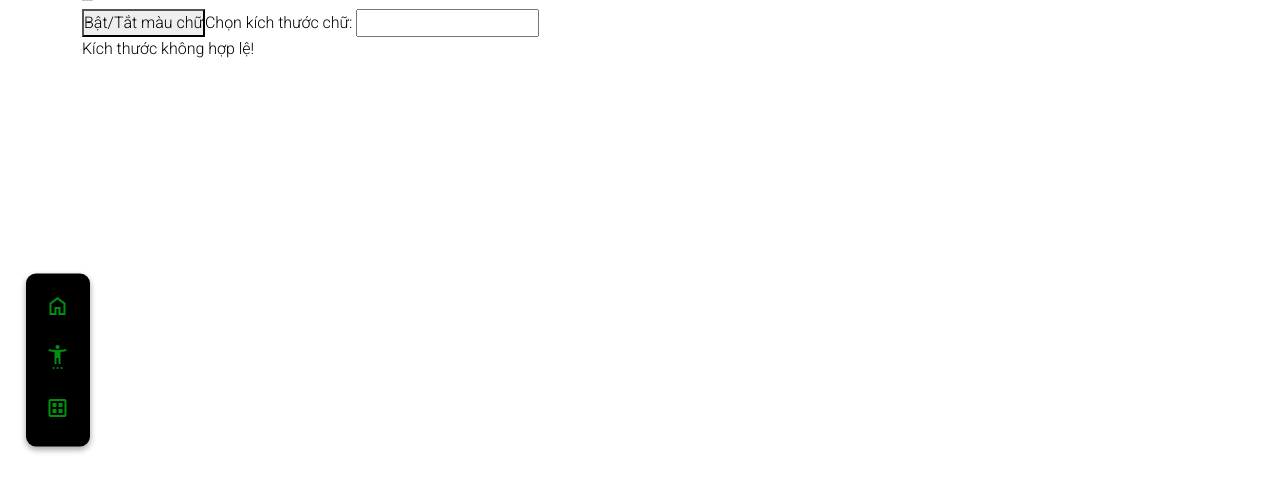
Repository: tuankiet10920/homeworkFEF
Page: /about
The author's editor kept a copy of each file at every save. The page is drawn from the files as they stood at one save, then again after the next save.
The browser window is 1280 px wide. The pictures show the whole page.
The project was rebuilt for these pictures with package versions that can differ from the ones it lists, and the page was loaded fresh each time. Also part of the build but not shown: vite.config.js, src/components/HelloWorld.vue, src/views/HomeView.vue.

Above is the page before, as saved 2024-10-23 00:00:56.

### index.html
<!doctype html>
<html lang="en">
  <head>
    <meta charset="UTF-8" />
    <link rel="icon" href="/favicon.ico" />
    <meta name="viewport" content="width=device-width, initial-scale=1.0" />
    <link
      href="https://cdn.jsdelivr.net/npm/bootstrap@5.3.3/dist/css/bootstrap.min.css"
      rel="stylesheet"
      integrity="sha384-QWTKZyjpPEjISv5WaRU9OFeRpok6YctnYmDr5pNlyT2bRjXh0JMhjY6hW+ALEwIH"
      crossorigin="anonymous"
    />
    <link
      rel="stylesheet"
      href="https://fonts.googleapis.com/css2?family=Material+Symbols+Outlined:opsz,wght,FILL,GRAD@20..48,100..700,0..1,-50..200"
    />
    <link rel="preconnect" href="https://fonts.googleapis.com" />
    <link rel="preconnect" href="https://fonts.gstatic.com" crossorigin />
    <link
      href="https://fonts.googleapis.com/css2?family=Roboto:ital,wght@0,100;0,300;0,400;0,500;0,700;0,900;1,100;1,300;1,400;1,500;1,700;1,900&display=swap"
      rel="stylesheet"
    />
    <title>Vite App</title>
    <link rel="stylesheet" href="./src/assets/css/main.css" />
  </head>
  <body>
    <div id="app"></div>
    <script
      src="https://cdn.jsdelivr.net/npm/bootstrap@5.3.3/dist/js/bootstrap.bundle.min.js"
      integrity="sha384-YvpcrYf0tY3lHB60NNkmXc5s9fDVZLESaAA55NDzOxhy9GkcIdslK1eN7N6jIeHz"
      crossorigin="anonymous"
    ></script>
    <script type="module" src="/src/main.js"></script>
  </body>
</html>

### src/assets/css/main.css
* {
  margin: 0;
  padding: 0;
  box-sizing: border-box;
  text-decoration: none;
  color: #000;
  font-size: 16px;
  font-family: 'Roboto', sans-serif;
  font-weight: 300;
  font-style: normal;
}

### src/App.vue
<script setup>
import { RouterLink, RouterView } from 'vue-router'
import HelloWorld from './components/HelloWorld.vue'
import Icon from './components/Icon.vue'
</script>

<template>
  <header>
    <div class="wrapper">
      <nav>
        <RouterLink to="/">
          <Icon iconName="home" />
        </RouterLink>

        <RouterLink to="/about">
          <Icon iconName="settings_accessibility" />
        </RouterLink>

        <RouterLink to="/labs">
          <Icon iconName="dataset" />
        </RouterLink>
      </nav>
    </div>
  </header>
  <RouterView />
</template>

<style scoped>
.wrapper nav a {
  margin-bottom: 20px;
  width: fit-content;
  text-decoration: none;
}
.wrapper nav a span {
  color: #009011;
}
.wrapper nav a:last-child {
  margin-bottom: 0;
}
nav {
  display: flex;
  flex-direction: column;
  justify-content: center;
  position: absolute;
  top: 50%;
  left: 2%;
  transform: translateY(-50%);
  padding: 20px;
  border-radius: 10px;
  background: #000;
  box-shadow:
    rgba(0, 0, 0, 0.16) 0px 3px 6px,
    rgba(0, 0, 0, 0.23) 0px 3px 6px;
}
</style>

### src/router/index.js
import { createRouter, createWebHistory } from 'vue-router'
import HomeView from '../views/HomeView.vue'

const router = createRouter({
  history: createWebHistory(import.meta.env.BASE_URL),
  routes: [
    {
      path: '/',
      name: 'home',
      component: HomeView,
    },
    {
      path: '/about',
      name: 'about',
      // route level code-splitting
      // this generates a separate chunk (About.[hash].js) for this route
      // which is lazy-loaded when the route is visited.
      component: () => import('../views/AboutView.vue'),
    },
    {
      path: '/labs',
      name: 'labs',
      component: () => import('../views/LabView.vue'),
    },
    // cac bai labs

    // Lab 1
    {
      path: '/bai2lab1',
      name: 'bai2lab1',
      component: () => import('../Labs/Lab1/Bai2.vue'),
    },
    {
      path: '/bai3lab1',
      name: 'bai3lab1',
      component: () => import('../Labs/Lab1/Bai3.vue'),
    },
    {
      path: '/bai4lab1',
      name: 'bai4lab1',
      component: () => import('../Labs/Lab1/Bai4.vue'),
    },
  ],
})

export default router

### src/components/Icon.vue
<script setup>
const props = defineProps(['iconName'])
</script>
<template>
  <span class="material-symbols-outlined"> {{ props.iconName }} </span>
</template>
<style scoped></style>

### src/views/AboutView.vue
<script setup>
import Bai4 from '../Labs/Lab2/Bai4.vue'
</script>
<template>
  <Bai4 />
</template>

<style></style>

### src/Labs/Lab2/Bai4.vue
<script setup>
import { ref } from 'vue'

const active = ref(false)
const fontsize = ref(1)
</script>
<template>
  <div class="container">
    <h1 :class="active" :style="{ fontSize: fontsize + 'px' }">
      Văn bản có thể thay đổi
    </h1>
    <button>Bật/Tắt màu chữ</button>
    <label
      >Chọn kích thước chữ:
      <input type="number" />
    </label>
    <p>Kích thước không hợp lệ!</p>
  </div>
</template>
<style scoped>
.active {
  color: orangered;
}
</style>

Loaded but not shown: src/main.js (common file)

After the next save:
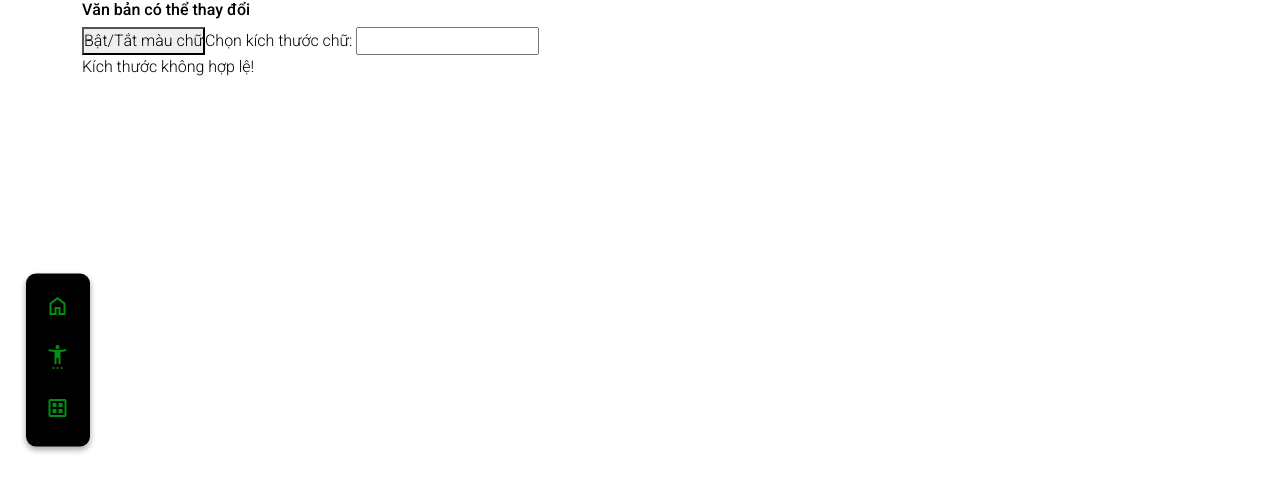
Saved 8 s later.
--- a/src/Labs/Lab2/Bai4.vue
+++ b/src/Labs/Lab2/Bai4.vue
@@ -2,7 +2,7 @@
 import { ref } from 'vue'
 
 const active = ref(false)
-const fontsize = ref(1)
+const fontsize = ref(16)
 </script>
 <template>
   <div class="container">
